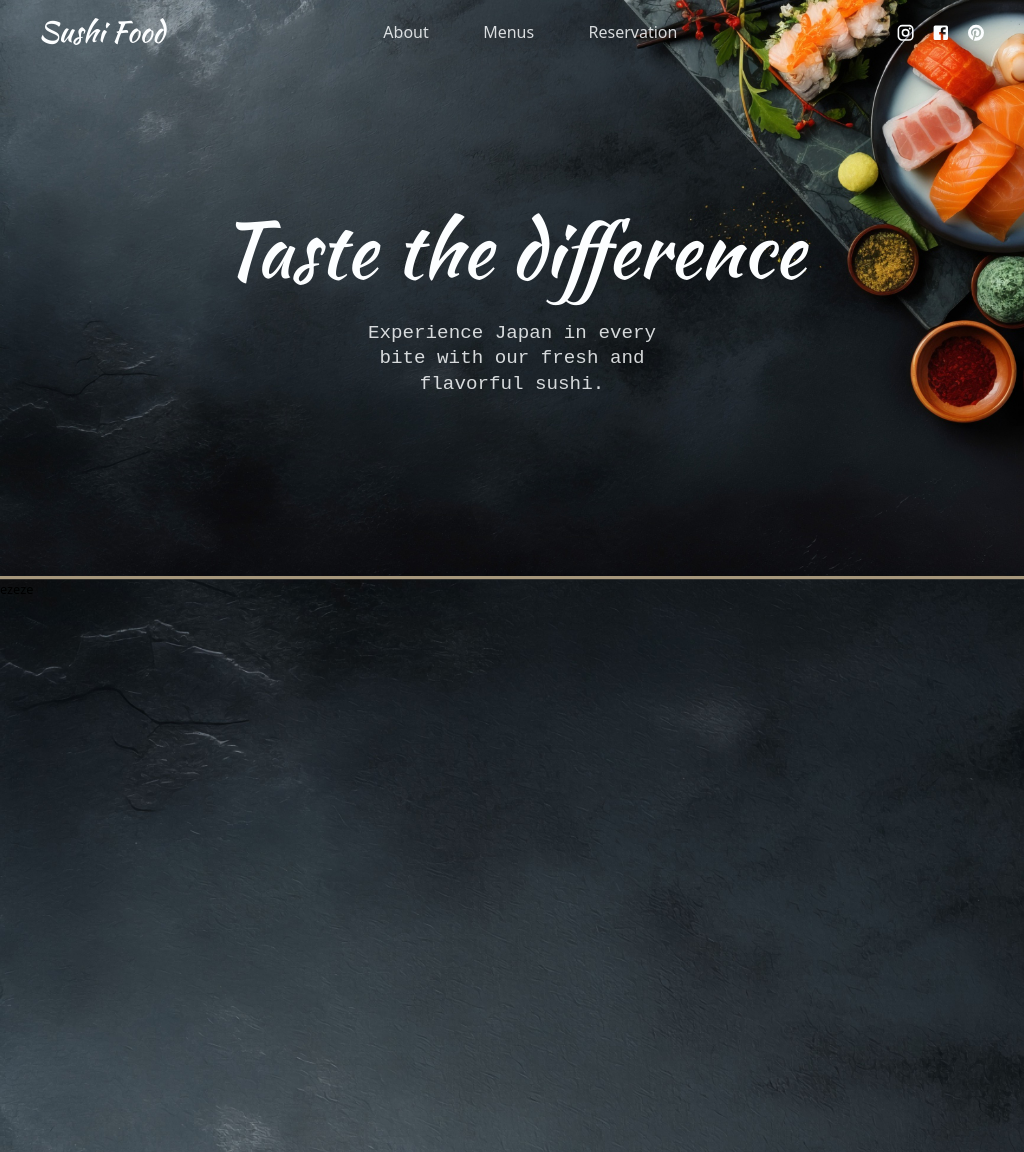
Repository: Adrien-legeleu/sushi-food
Page: /
The author's editor kept a copy of each file at every save. The page is drawn from the files as they stood at one save, then again after the next save.
The browser window is 1280 px wide. The pictures show the whole page, at 80% of full size.
Some web fonts or font styles are not loaded; a fallback is used. The project was rebuilt for these pictures with package versions that can differ from the ones it lists, and the page was loaded fresh each time. Also part of the build but not shown: vite.config.ts.

Above is the page before, as saved 2024-04-28 22:00:25.

### src/App.tsx
import { About, Header, Landing } from "./Components"

const App =()=> {
  return (
    <div className="bg-greenBlack h-full w-full">
      <Header/>
      <Landing/>
      <About/>
    </div>
  )
}

export default App

### src/index.css
@import url('https://fonts.googleapis.com/css2?family=Kaushan+Script&family=Nanum+Gothic+Coding&display=swap');

@tailwind base;
@tailwind components;
@tailwind utilities;

*{
    margin: 0;
    padding: 0;
    box-sizing: border-box;
}

### src/Components/index.ts
export * from "./Landing";
export * from "./Header";
export * from "./About";

### src/Components/Landing.tsx
export const Landing =()=>{
    return(
        <div className="h-screen w-full bg-[url('././assets/mainfond.jpg')] bg-cover bg-center-top flex items-center justify-center flex-col gap-10 pt-10">
            <h1 className="font-title text-whiteTitle text-8xl">Taste the difference</h1>
            <p className="text-whiteText font-text text-2xl text-center w-1/3">Experience Japan in every bite with our fresh and flavorful sushi.</p>
        </div>
    )
}

### src/Components/Header.tsx
import InstagramIcon from '@mui/icons-material/Instagram';
import FacebookIcon from '@mui/icons-material/Facebook';
import PinterestIcon from '@mui/icons-material/Pinterest';
export const Header =()=>{
    return (
        <div className='fixed h-20 w-full max-w-[1400px] top-0 left-1/2 -translate-x-1/2 flex justify-between items-center pl-12 pr-12'>
            <h2 className='font-title text-4xl text-whiteTitle'>Sushi Food</h2>
            <ul className='flex items-center gap-5 justify-between text-whiteText text-xl'>
                <li className='cursor-pointer  duration-200 hover:bg-green rounded-full p-6 pt-2 pb-2'>About</li>
                <li className='cursor-pointer  duration-200 hover:bg-green rounded-full p-6 pt-2 pb-2'>Menus</li>
                <li className='cursor-pointer  duration-200 hover:bg-green rounded-full p-6 pt-2 pb-2'>Reservation</li>
            </ul>
            <ul className='flex items-center justify-between gap-5  text-whiteTitle'>
                <li className='cursor-pointer  duration-300 hover:scale-125'>
                    <InstagramIcon/>


                </li>
                <li className='cursor-pointer  duration-300 hover:scale-125'> <FacebookIcon/></li>
                <li className='cursor-pointer  duration-300 hover:scale-125'><PinterestIcon/></li>
            </ul>
        </div>
    )
}

### src/Components/About.tsx
export const About =()=>{
    return(
        <div className="h-screen w-full bg-[url('././assets/fond.jpeg')] bg-cover bg-center border-t-4 border-green">
            <h4>ezeze</h4>
        </div>
    )
}

### tailwind.config.js
/** @type {import('tailwindcss').Config} */
export default {
  content: ["./index.html", "./src/**/*.{js,ts,jsx,tsx}"],
  theme: {
    extend: {
      backgroundColor: {
        greenBlack: "#0B1517",
      },
      colors: {
        green: "#A6977C",
        whiteTitle: "#FCFEFF",
        whiteText: "#FCFEFFD5",
      },
    },
    fontFamily: {
      title: ["Kaushan Script", "cursive"],
      text: ["Nanum Gothic Coding", "monospace"],
    },
  },
  plugins: [],
};

Loaded but not shown: index.html (common file); src/main.tsx (common file)

After the next save:
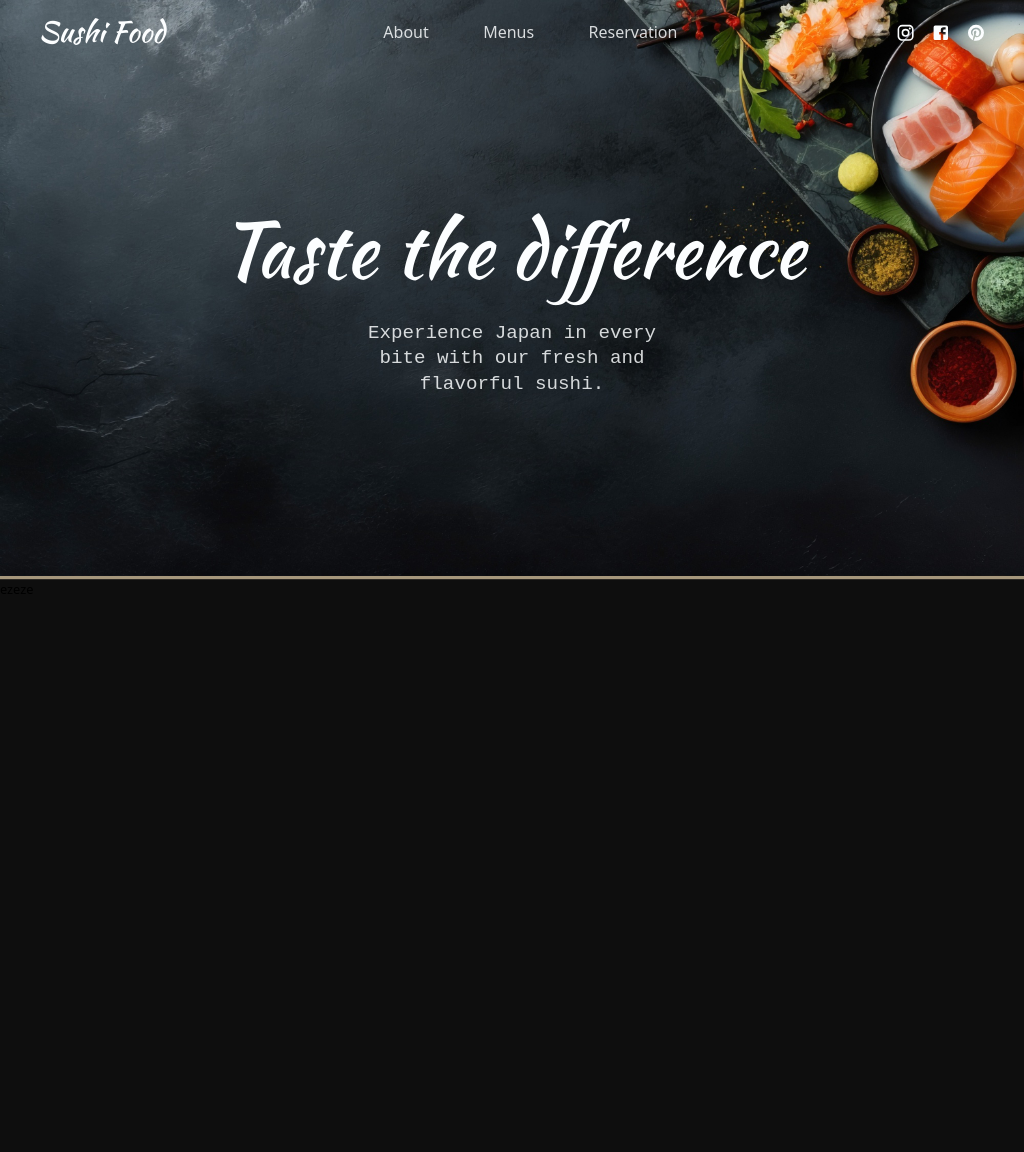
Saved 112 s later.
--- a/src/Components/About.tsx
+++ b/src/Components/About.tsx
@@ -1,6 +1,6 @@
 export const About =()=>{
     return(
-        <div className="h-screen w-full bg-[url('././assets/fond.jpeg')] bg-cover bg-center border-t-4 border-green">
+        <div className="h-screen w-full bg-[#0E0E0E] bg-cover bg-center border-t-4 border-green">
             <h4>ezeze</h4>
         </div>
     )
